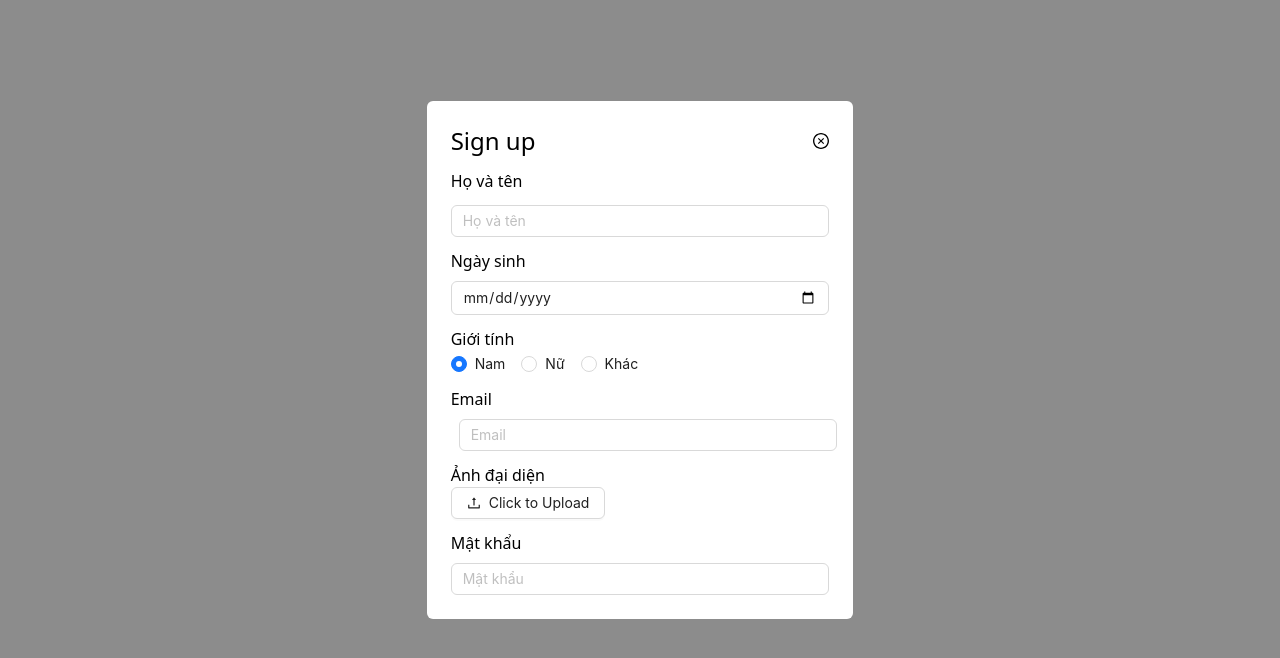
Repository: TinhTT336/MD02_Session14
Page: / (app in client/)
The author's editor kept a copy of each file at every save. The page is drawn from the files as they stood at one save, then again after the next save.
The browser window is 1280 px wide. The pictures show the whole page.
The project was rebuilt for these pictures with package versions that can differ from the ones it lists, and the page was loaded fresh each time. Also part of the build but not shown: client/vite.config.js, client/src/firebase/configFirebase.js, client/src/components/UploadSingleFile.jsx, client/src/components/register/register.css, client/src/components/register/Register.jsx, client/src/components/register/RegisterWithImg.jsx.

Above is the page before, as saved 2023-09-14 14:26:39.

### client/index.html
<!DOCTYPE html>
<html lang="en">
  <head>
    <meta charset="UTF-8" />
    <link rel="icon" type="image/svg+xml" href="/vite.svg" />
    <meta name="viewport" content="width=device-width, initial-scale=1.0" />
    <title>Vite + React</title>
    <!-- <link
      href="https://cdn.jsdelivr.net/npm/bootstrap@5.0.2/dist/css/bootstrap.min.css"
      rel="stylesheet"
      integrity="sha384-EVSTQN3/azprG1Anm3QDgpJLIm9Nao0Yz1ztcQTwFspd3yD65VohhpuuCOmLASjC"
      crossorigin="anonymous"
    />
    <link
      rel="stylesheet"
      href="https://cdnjs.cloudflare.com/ajax/libs/font-awesome/6.4.2/css/all.min.css"
      integrity="sha512-z3gLpd7yknf1YoNbCzqRKc4qyor8gaKU1qmn+CShxbuBusANI9QpRohGBreCFkKxLhei6S9CQXFEbbKuqLg0DA=="
      crossorigin="anonymous"
      referrerpolicy="no-referrer"
    /> -->
  </head>
  <body>
    <div id="root"></div>
    <script type="module" src="/src/main.jsx"></script>
  </body>
</html>

### client/src/App.jsx

import './App.css'
import UploadSingleFile from './components/UploadSingleFile'
import Register from './components/register/Register'
import RegisterWithImg from './components/register/RegisterWithImg'
import Signup from './components/signup/Signup'

function App() {

  return (
    <>
      {/* <UploadSingleFile /> */}
      {/* <Register /> */}
      {/* <RegisterWithImg /> */}
      <Signup />
    </>
  )
}

export default App

### client/src/components/signup/Signup.jsx
import React, { useState } from 'react';
import { CloseCircleOutlined, UploadOutlined } from "@ant-design/icons";
import { Input, Radio, Button, message, Upload } from 'antd';

export default function Signup() {
    const [gender, setGender] = useState(1);
    const handleCheck = (e) => {
        setGender(e.target.value);
    };
    const props = {
        name: 'file',
        action: 'https://www.mocky.io/v2/5cc8019d300000980a055e76',
        headers: {
            authorization: 'authorization-text',
        },
        onChange(info) {
            if (info.file.status !== 'uploading') {
                console.log(info.file, info.fileList);
            }
            if (info.file.status === 'done') {
                message.success(`${info.file.name} file uploaded successfully`);
            } else if (info.file.status === 'error') {
                message.error(`${info.file.name} file upload failed.`);
            }
        },
    };
    return (
        <>
            <div className='fixed top-0 left-0 right-0 bottom-0 flex items-center justify-center bg-rgba-black'>
                <form className='bg-white p-6 rounded-md w-2/6'>
                    <div className='flex items-center justify-between'>
                        <h3 className='text-2xl'>Sign up</h3>
                        <CloseCircleOutlined className='cursor-pointer hover:bg-slate-300 rounded-full' />
                    </div>
                    <div className='mt-3'>
                        <label htmlFor="name">Họ và tên</label>
                        <Input placeholder="Họ và tên" className='mt-3' name='name' id='name' />
                    </div>
                    <div className='mt-3'>
                        <label htmlFor="dateOfBirth">Ngày sinh</label>
                        <Input placeholder="Ngày sinh" className='mt-2' name='dateOfBirth' id='dateOfBirth' type='date' />
                    </div>
                    <div className='mt-3'>
                        <label htmlFor="dateOfBirth">Giới tính</label>
                        <div>
                            <Radio.Group onChange={handleCheck} value={gender}>
                                <Radio value={1}>Nam</Radio>
                                <Radio value={2}>Nữ</Radio>
                                <Radio value={3}>Khác</Radio>
                            </Radio.Group>
                        </div>
                    </div>
                    <div className='mt-3'>
                        <label htmlFor="email">Email</label>
                        <Input placeholder="Email" className='mt-2 ms-2' name='email' id='email' type='text' />
                    </div>
                    <div className='mt-3'>
                        <label htmlFor="avatar">Ảnh đại diện</label>
                        <div>
                            <Upload {...props}>
                                <Button icon={<UploadOutlined />}>Click to Upload</Button>
                            </Upload>
                        </div>
                    </div>
                    <div className='mt-3'>
                        <label htmlFor="password">Mật khẩu</label>
                        <Input placeholder="Mật khẩu" className='mt-2' name='password' id='password' type='password' />
                    </div>
                </form>
            </div>

        </>
    )
}

### client/tailwind.config.js
/** @type {import('tailwindcss').Config} */
export default {
  content: ["./index.html", "./src/**/*.{js,ts,jsx,tsx}"],
  theme: {
    extend: {
      backgroundColor: {
        "rgba-black": "rgba(0,0,0,0.45)",
      },
    },
  },
  plugins: [],
};

Loaded but not shown: client/src/main.jsx (common file); client/src/index.css (common file); client/src/App.css (common file)

After the next save:
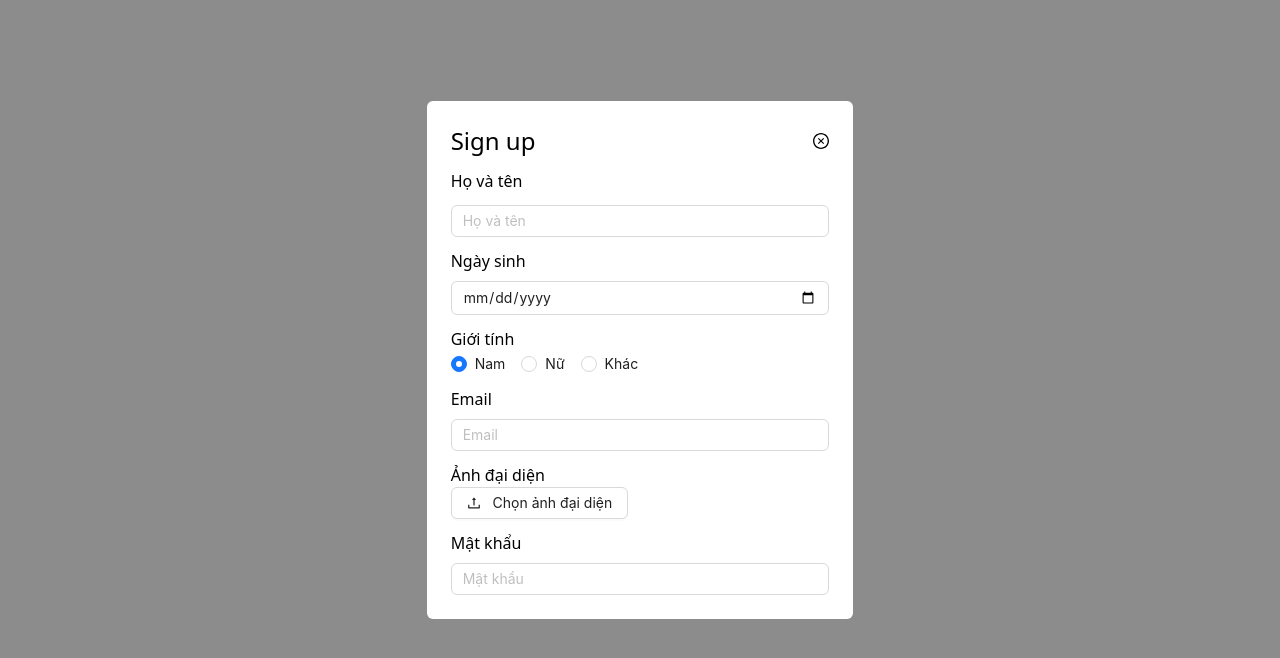
Saved 17 s later.
--- a/client/src/components/signup/Signup.jsx
+++ b/client/src/components/signup/Signup.jsx
@@ -52,13 +52,13 @@ export default function Signup() {
                     </div>
                     <div className='mt-3'>
                         <label htmlFor="email">Email</label>
-                        <Input placeholder="Email" className='mt-2 ms-2' name='email' id='email' type='text' />
+                        <Input placeholder="Email" className='mt-2' name='email' id='email' type='text' />
                     </div>
                     <div className='mt-3'>
                         <label htmlFor="avatar">Ảnh đại diện</label>
                         <div>
                             <Upload {...props}>
-                                <Button icon={<UploadOutlined />}>Click to Upload</Button>
+                                <Button icon={<UploadOutlined />}> Chọn ảnh đại diện</Button>
                             </Upload>
                         </div>
                     </div>
